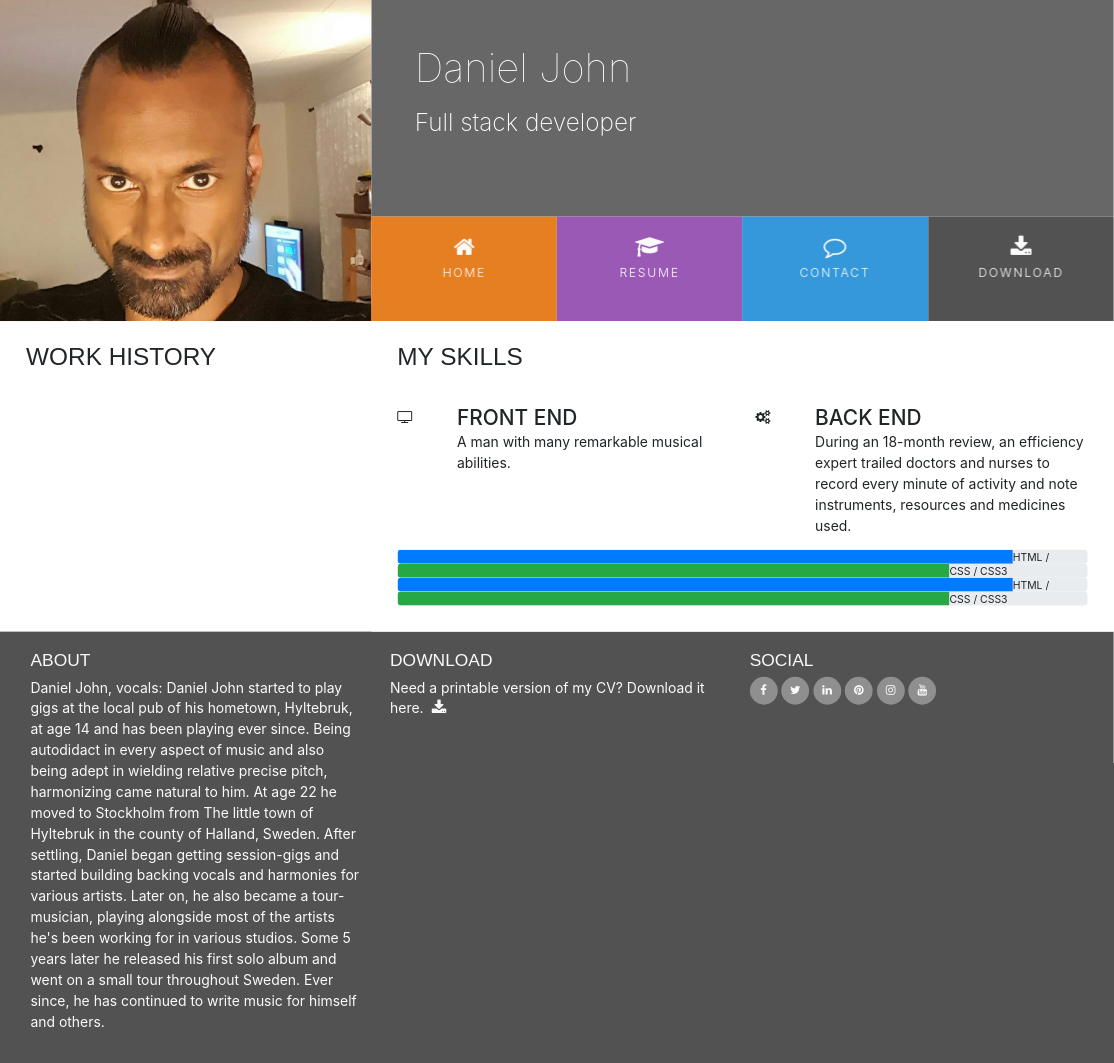
Repository: Jadehammar/initial-commit
Page: resume.html
The author's editor kept a record of every edit. The page is drawn from the files as they stood at one moment, then again after the next edit.
The browser window is 1280 px wide. The pictures show the whole page, at 87% of full size.

Above is the page before.

After the next edit:
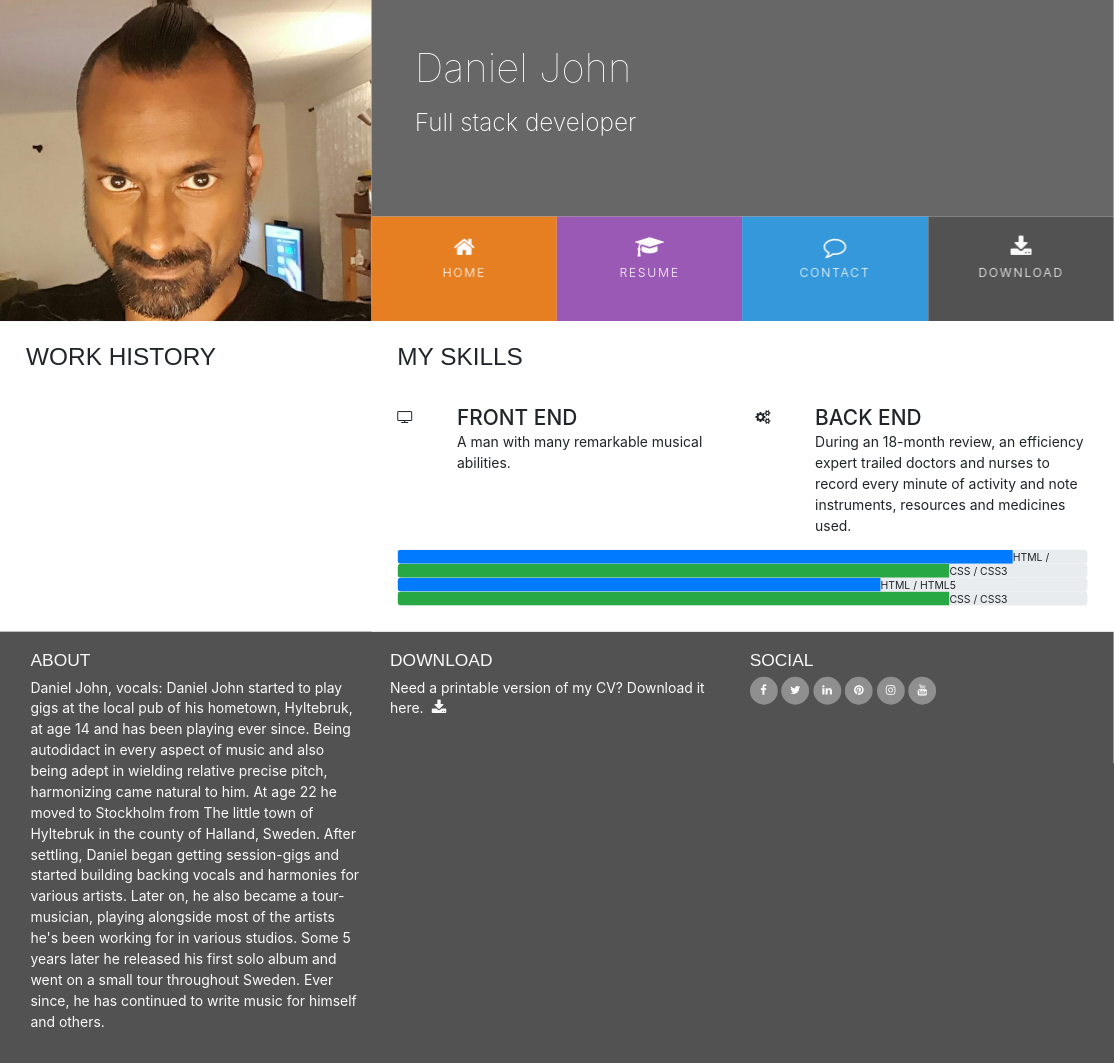
The edit:
--- a/resume.html
+++ b/resume.html
@@ -104,8 +104,8 @@
                             <span class="progress-type">CSS / CSS3</span>
                         </div>
                         <div class="progress">
-                            <div class="progress-bar" role="progressbar" aria-valuenow="90" aria-valuemin="0" aria-valuemax="100" style="width:90%;">
-                                <span class="sr-only">90% complete</span>
+                            <div class="progress-bar" role="progressbar" aria-valuenow="70" aria-valuemin="0" aria-valuemax="100" style="width:70%;">
+                                <span class="sr-only">70% complete</span>
                             </div>
                             <span class="progress-type">HTML / HTML5</span>
                         </div>
